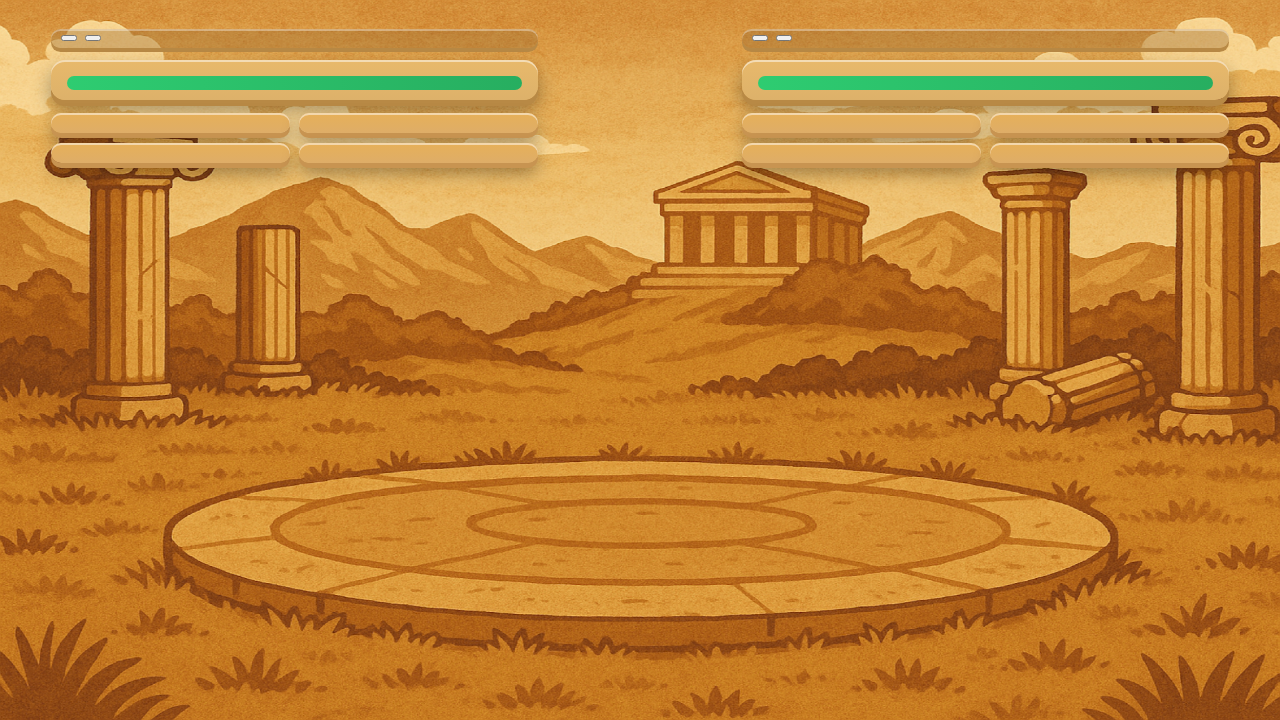
Repository: brianabariteau/Web-1-Final-Project-2025
Page: features/game/game.html
An editor plug-in stored every save of this project. The page is shown before and after the next save, followed by the edit.
The browser window is 1280 px wide. The pictures show the whole page.
Some web fonts or font styles are not loaded; a fallback is used.

Above is the page before, as saved 2025-12-23 18:20:26.

### features/game/game.html
<!DOCTYPE html>
<html lang="en">
  <head>
    <meta charset="UTF-8" />
    <meta name="viewport" content="width=device-width, initial-scale=1.0" />
    <title>MythoBattle Game</title>
    <link
      rel="icon"
      type="image/x-icon"
      href="../../assets/characters/zeus.png"
    />
    <script type="module" defer src="./game.js"></script>
    <link rel="stylesheet" href="./game.css" />
    <script
      src="https://code.jquery.com/jquery-3.7.1.min.js"
      integrity="sha256-/JqT3SQfawRcv/BIHPThkBvs0OEvtFFmqPF/lYI/Cxo="
      crossorigin="anonymous"
    ></script>
    <link
      href="https://fonts.googleapis.com/css2?family=Jersey+25&display=swap"
      rel="stylesheet"
    />
  </head>
  <body></body>
</html>

### features/game/game.js
"use strict";

import { CHARACTER_MOVES } from "../../constants/character-movesets.js";
let mode = localStorage.getItem("mode");
let player1Character = JSON.parse(localStorage.getItem("player1Character"));
let player2Character = JSON.parse(localStorage.getItem("player2Character"));

// * Functions
function renderCharacterHealth(character) {
  return `
    <div class="character">
      <div class="inner-character">
        <h1>${character.name}</h1> NAME
        <h2>${character.hp}</h2> HEALTH
      </div>
    </div>
  `;
}

function renderCharacterAbilities(character) {
  return `
    <div class="character">
      <div class="inner-character">
        <p>${CHARACTER_MOVES[character.name].ability1name}</p> ABILITY 1
        <p>${CHARACTER_MOVES[character.name].ability2name}</p> ABILITY 2
      </div>
    </div>
  `;
}

function updateGameDisplay() {
  if (!Array.isArray(characters) || characters.length === 0) return;

  // ? Player 1
  player1Name.text(player1Name.name);
  player1Move1.text(CHARACTER_MOVES[player1Name].move1name);
  player1Move2.text(CHARACTER_MOVES[player1Name].move2name);
  player1Move3.text(CHARACTER_MOVES[player1Name].move3name);
  player1Move4.text(CHARACTER_MOVES[player1Name].move4name);
  player1ability1.text(CHARACTER_MOVES[player1Name].ability1name);
  player1ability2.text(CHARACTER_MOVES[player1Name].ability2name);

  // ? Player 2
  player2Name.text(player2Name.name);
  player2Move1.text(CHARACTER_MOVES[player2Name].move1name);
  player2Move2.text(CHARACTER_MOVES[player2Name].move2name);
  player2Move3.text(CHARACTER_MOVES[player2Name].move3name);
  player2Move4.text(CHARACTER_MOVES[player2Name].move4name);
  player2ability1.text(CHARACTER_MOVES[player2Name].ability1name);
  player2ability2.text(CHARACTER_MOVES[player2Name].ability2name);
}

async function loadCharacters() {
  characters.push(player1Character, player2Character);
  updateGameDisplay();
}

// * The Background Image
const background = $("<img>")
  .addClass("background")
  .attr("src", "./assets/battle-background.png")
  .attr("alt", "Background");

// * Player 1
// ? Character Icon
const player1Icon = $("<img>").addClass("player1-icon");

// ! Battle Buttons + Progress
const player1battle = $("<div>").addClass("player1-battle");

// ? Name + Healthbar
const player1Name = $("<div>").addClass("player1-name");
const player1Health = $("<div>").addClass("player1-health");

$(player1Name).append(player1Health);

// ? Movesets
const player1Moves = $("<div>").addClass("player1-moves");
const player1Move1 = $("<button>").addClass("moves");
const player1Move2 = $("<button>").addClass("moves");
const player1Move3 = $("<button>").addClass("moves");
const player1Move4 = $("<button>").addClass("moves");

$(player1Moves).append(player1Move1, player1Move2, player1Move3, player1Move4);

// ? Abilities
const player1Abilities = $("<div>").addClass("player1-abilities");
const player1ability1 = $("<button>").addClass("player1-ability1");
const player1ability2 = $("<button>").addClass("player1-ability2");
$(player1Abilities).append(player1ability1, player1ability2);

$(player1battle).append(player1Abilities, player1Name, player1Moves);

// * Player 2
// ? Character Icon
const player2Icon = $("<img>").addClass("player-2-icon");

// ! Battle Buttons + Progress
const player2battle = $("<div>").addClass("player2-battle");

// ? Name + Healthbar
const player2Name = $("<div>").addClass("player2-name");
const player2Health = $("<div>").addClass("player2-health");

$(player2Name).append(player2Health);

// ? Movesets
const player2Moves = $("<div>").addClass("player1-moves");
const player2Move1 = $("<button>").addClass("moves");
const player2Move2 = $("<button>").addClass("moves");
const player2Move3 = $("<button>").addClass("moves");
const player2Move4 = $("<button>").addClass("moves");

$(player2Moves).append(player2Move1, player2Move2, player2Move3, player2Move4);

// ? Abilities
const player2Abilities = $("<div>").addClass("player2-abilities");
const player2ability1 = $("<button>").addClass("player2-ability1");
const player2ability2 = $("<button>").addClass("player2-ability2");
$(player2Abilities).append(player2ability1, player2ability2);

$(player2battle).append(player2Abilities, player2Name, player2Moves);

$("body").append(
  background,
  player1Icon,
  player2Icon,
  player1battle,
  player2battle
);

### features/game/game.css
/* ───────────── BASE ───────────── */

body {
  margin: 0;
  width: 100vw;
  height: 100vh;
  overflow: hidden;

  font-family: "Jersey 25", sans-serif;

  display: grid;
  grid-template-columns: 1fr 1fr;
  grid-template-rows: auto 1fr auto;
  align-items: center;
  justify-items: center;
}

/* ───────────── BACKGROUND ───────────── */

.background {
  position: fixed;
  inset: 0;
  width: 100%;
  height: 100%;
  z-index: -1;
}

/* ───────────── PLAYER SPRITES ───────────── */

.player1-icon,
.player-2-icon {
  position: absolute;
  bottom: 18%;
  width: 120px;
  image-rendering: pixelated;
}

.player1-icon {
  left: 20%;
}

.player-2-icon {
  right: 20%;
}

/* ───────────── BATTLE PANELS ───────────── */

.player1-battle,
.player2-battle {
  position: absolute;
  top: 4%;
  width: 38%;
  display: flex;
  flex-direction: column;
  gap: 0.8rem;
}

.player1-battle {
  left: 4%;
}

.player2-battle {
  right: 4%;
}

/* ───────────── NAME + HEALTH ───────────── */

.player1-name,
.player2-name {
  background: linear-gradient(to bottom, #e8b96b, #ddb16a);
  border-radius: 14px;
  padding: 10px 16px;

  box-shadow: inset 0 2px 0 rgba(255, 255, 255, 0.5), 0 6px 0 #b88945,
    0 10px 20px rgba(0, 0, 0, 0.35);

  color: #6b3f18;
  text-shadow: 1px 1px #f3d8a8;

  font-size: 1.6rem;
  letter-spacing: 2px;
}

/* Health bar container */
.player1-health,
.player2-health {
  margin-top: 6px;
  height: 14px;
  border-radius: 10px;
  background: #4b2d12;
  overflow: hidden;
}

/* Actual HP fill */
.player1-health::after,
.player2-health::after {
  content: "";
  display: block;
  height: 100%;
  width: 100%; /* change dynamically in JS later */
  background: linear-gradient(to right, #2ecc71, #27ae60);
}

/* ───────────── MOVES GRID ───────────── */

.player1-moves,
.player2-moves {
  display: grid;
  grid-template-columns: 1fr 1fr;
  gap: 0.6rem;
}

/* Ability buttons */
.moves {
  background: linear-gradient(to bottom, #e7b058, #dead68);
  border: none;
  border-radius: 14px;

  padding: 10px 14px;
  font-size: 1.2rem;
  letter-spacing: 1px;
  color: #6b3f18;
  text-shadow: 1px 1px #f3d8a8;

  cursor: pointer;

  box-shadow: inset 0 2px 0 rgba(255, 255, 255, 0.5), 0 5px 0 #c89451,
    0 10px 18px rgba(0, 0, 0, 0.35);

  transition: transform 0.12s ease, box-shadow 0.12s ease;
}

.moves:hover {
  filter: brightness(1.05);
  box-shadow: inset 0 2px 0 rgba(255, 255, 255, 0.6), 0 5px 0 #c89451,
    0 0 12px rgba(255, 210, 130, 0.7);
}

.moves:active {
  transform: translateY(4px);
  box-shadow: inset 0 2px 0 rgba(255, 255, 255, 0.4), 0 2px 0 #c89451;
}

/* ───────────── ABILITIES CONTAINER ───────────── */

.player1-abilities,
.player2-abilities {
  display: flex;
  flex-wrap: wrap;
  gap: 0.5rem;

  padding: 0.4rem 0.6rem;

  background: rgba(150, 100, 45, 0.35);
  border-radius: 14px;

  box-shadow: inset 0 2px 0 rgba(255, 255, 255, 0.35), 0 4px 0 #b88945;

  max-width: 100%;
}

/* ───────────── ABILITY TAGS ───────────── */

.player1-abilities span,
.player2-abilities span {
  background: linear-gradient(to bottom, #f1c77d, #e2b56a);
  border-radius: 10px;

  padding: 4px 10px;

  font-size: 0.95rem;
  letter-spacing: 1px;

  color: #6b3f18;
  text-shadow: 1px 1px #f3d8a8;

  box-shadow: inset 0 1px 0 rgba(255, 255, 255, 0.5), 0 2px 0 #c89451;

  white-space: nowrap;
}

/* ───────────── MOBILE ADJUSTMENTS ───────────── */

@media (max-width: 900px) {
  .player1-battle,
  .player2-battle {
    width: 90%;
    left: 5%;
    right: 5%;
  }

  .player1-icon,
  .player-2-icon {
    width: 90px;
    bottom: 10%;
  }

  .player1-icon {
    left: 10%;
  }

  .player-2-icon {
    right: 10%;
  }
}

### constants/character-movesets.js
import { CUSTOM_STATS } from "./characters.js";

export const CHARACTER_MOVES = {
  Zeus: {
    move1name: "Thunderbolt Wrath",
    move2name: "Skybreaker Slam",
    move3name: "Stormcaller Command",
    move4name: "God of Thunder",
    move1effects() {},
    move2effects() {},
    move3effects() {},
    move4effects() {},
    ability1name: "Sky/Lightning",
    ability2name: "King's Wrath",
    ability1effect() {},
    ability2effect() {},
  },
};

### constants/characters.js
export const SPECIFIC_CHARACTERS = [
  "Zeus",
  "Athena",
  "Hestia",
  "Apollo",
  "Artemis",
  "Poseidon",
  "Hades",
  "Demeter",
  "Aphrodite",
  "Hera",
  "Dionysus",
  "Ares",
  "Hephaestus",
  "Persephone",
  "Hermes",
  "Nyx",
  "Hypnos",
  "Thanatos",
  "Morpheus",
  "Asclepius",
];

export const CUSTOM_SPRITES = {
  Zeus: "../../assets/characters/zeus.png",
  Athena: "../../assets/characters/athena.png",
  Hestia: "../../assets/characters/hestia.png",
  Apollo: "../../assets/characters/apollo.png",
  Artemis: "../../assets/characters/artemis.png",
  Poseidon: "../../assets/characters/poseidon.png",
  Hades: "../../assets/characters/hades.png",
  Demeter: "../../assets/characters/demeter.png",
  Aphrodite: "../../assets/characters/aphrodite.png",
  Hera: "../../assets/characters/hera.png",
  Dionysus: "../../assets/characters/dionysus.png",
  Ares: "../../assets/characters/ares.png",
  Hephaestus: "../../assets/characters/hephaestus.png",
  Persephone: "../../assets/characters/persephone.png",
  Hermes: "../../assets/characters/hermes.png",
  Nyx: "../../assets/characters/nyx.png",
  Hypnos: "../../assets/characters/hypnos.png",
  Thanatos: "../../assets/characters/thanatos.png",
  Morpheus: "../../assets/characters/morpheus.png",
  Asclepius: "../../assets/characters/asclepius.png",
};

export const CUSTOM_STATS = {
  Zeus: {
    tier: "Tier 1",
    tierName: "The Big Three",
    hp: 150,
    attack: 110,
    defense: 95,
    speed: 120,
    power: 150,
    resilience: 100,
    stamina: 110,
    domainMastery: "Sky/Lightning",
    masteryDesc: "+25% electric damage",
    specialTrait: "King's Wrath",
    traitDesc: "10% chance to smite enemy for bonus true damage",
  },
  Athena: {
    tier: "Tier 3",
    tierName: "Middle Olympians",
    hp: 140,
    attack: 100,
    defense: 120,
    speed: 105,
    power: 115,
    resilience: 130,
    stamina: 110,
    domainMastery: "Wisdom/Strategy",
    masteryDesc: "Team defense +10%",
    specialTrait: "Perfect Counter",
    traitDesc: "30% chance to auto-block melee attacks",
  },
  Hestia: {
    tier: "Tier 2",
    tierName: "Elder Olympians",
    hp: 140,
    attack: 80,
    defense: 120,
    speed: 85,
    power: 110,
    resilience: 130,
    stamina: 150,
    domainMastery: "Hearth Fire",
    masteryDesc: "Healing + burn damage boosts",
    specialTrait: "Warmth of Home",
    traitDesc: "Grants minor healing each turn to allies",
  },
  Apollo: {
    tier: "Tier 3",
    tierName: "Middle Olympians",
    hp: 130,
    attack: 95,
    defense: 80,
    speed: 125,
    power: 140,
    resilience: 90,
    stamina: 110,
    domainMastery: "Light/Music",
    masteryDesc: "+20% light damage",
    specialTrait: "Prophetic Strike",
    traitDesc: "First attack always crits",
  },
  Artemis: {
    tier: "Tier 3",
    tierName: "Middle Olympians",
    hp: 120,
    attack: 110,
    defense: 85,
    speed: 135,
    power: 105,
    resilience: 95,
    stamina: 115,
    domainMastery: "Moon/Hunt",
    masteryDesc: "+25% crit chance on moving targets",
    specialTrait: "Hunter's Mark",
    traitDesc: "First hit on any enemy does bonus damage",
  },
  Poseidon: {
    tier: "Tier 1",
    tierName: "The Big Three",
    hp: 160,
    attack: 115,
    defense: 110,
    speed: 100,
    power: 140,
    resilience: 120,
    stamina: 115,
    domainMastery: "Sea",
    masteryDesc: "+20% water damage, +30% damage when fighting near water",
    specialTrait: "Tidal Fury",
    traitDesc: "Consecutive attacks increase in damage",
  },
  Hades: {
    tier: "Tier 1",
    tierName: "The Big Three",
    hp: 170,
    attack: 95,
    defense: 140,
    speed: 80,
    power: 130,
    resilience: 150,
    stamina: 90,
    domainMastery: "Underworld",
    masteryDesc: "+30% damage vs undead/fear/sleep",
    specialTrait: "Soul Drain",
    traitDesc: "Steals HP on hit (5% of damage dealt)",
  },
  Demeter: {
    tier: "Tier 2",
    tierName: "Elder Olympians",
    hp: 145,
    attack: 85,
    defense: 115,
    speed: 80,
    power: 125,
    resilience: 110,
    stamina: 130,
    domainMastery: "Harvest",
    masteryDesc: "+20% regeneration, +25% poison resistance",
    specialTrait: "Fallow Curse",
    traitDesc: "Can reduce enemy Attack temporarily",
  },
  Aphrodite: {
    tier: "Tier 4",
    tierName: "Younger Olympians",
    hp: 120,
    attack: 70,
    defense: 80,
    speed: 110,
    power: 115,
    resilience: 85,
    stamina: 100,
    domainMastery: "Charm",
    masteryDesc: "25% chance enemies skip turn",
    specialTrait: "Irresistible Aura",
    traitDesc: "First strike against her does half damage",
  },
  Hera: {
    tier: "Tier 2",
    tierName: "Elder Olympians",
    hp: 150,
    attack: 90,
    defense: 120,
    speed: 90,
    power: 125,
    resilience: 120,
    stamina: 120,
    domainMastery: "Queenship",
    masteryDesc: "Team buffs stronger by 20%",
    specialTrait: "Divine Authority",
    traitDesc: "Immune to charm and can reflect debuffs",
  },
  Dionysus: {
    tier: "Tier 4",
    tierName: "Younger Olympians",
    hp: 130,
    attack: 85,
    defense: 85,
    speed: 95,
    power: 120,
    resilience: 90,
    stamina: 130,
    domainMastery: "Madness",
    masteryDesc: "Debuffs 20% stronger",
    specialTrait: "Ecstatic Frenzy",
    traitDesc: "Random buffs each turn",
  },
  Ares: {
    tier: "Tier 3",
    tierName: "Middle Olympians",
    hp: 150,
    attack: 145,
    defense: 100,
    speed: 110,
    power: 95,
    resilience: 100,
    stamina: 120,
    domainMastery: "War",
    masteryDesc: "+15% damage per hit taken",
    specialTrait: "Bloodlust",
    traitDesc: "Attack increases each time he deals damage",
  },
  Hephaestus: {
    tier: "Tier 4",
    tierName: "Younger Olympians",
    hp: 140,
    attack: 130,
    defense: 135,
    speed: 65,
    power: 115,
    resilience: 110,
    stamina: 100,
    domainMastery: "Forge",
    masteryDesc: "+20% damage with crafted weapons",
    specialTrait: "Molten Skin",
    traitDesc: "Reduces fire damage to 0",
  },
  Persephone: {
    tier: "Tier 5",
    tierName: "Minor Gods",
    hp: 125,
    attack: 75,
    defense: 90,
    speed: 95,
    power: 110,
    resilience: 100,
    stamina: 120,
    domainMastery: "Spring/Underworld",
    masteryDesc: "Alternating form bonuses",
    specialTrait: "Dual Aspect",
    traitDesc: "Stats change each season (Spring boost/Underworld boost)",
  },
  Hermes: {
    tier: "Tier 4",
    tierName: "Younger Olympians",
    hp: 115,
    attack: 90,
    defense: 75,
    speed: 160,
    power: 100,
    resilience: 80,
    stamina: 140,
    domainMastery: "Speed/Trickery",
    masteryDesc: "+20% dodge",
    specialTrait: "Swift Step",
    traitDesc: "Gains an extra small action each turn",
  },
  Nyx: {
    tier: "Tier 0",
    tierName: "Primordial",
    hp: 170,
    attack: 100,
    defense: 120,
    speed: 110,
    power: 160,
    resilience: 140,
    stamina: 120,
    domainMastery: "Night/Void",
    masteryDesc: "+30% shadow damage, +20% evasion in darkness",
    specialTrait: "Primordial Aura",
    traitDesc: "Debuffs have double duration; immune to Sleep and Fear",
  },
  Hypnos: {
    tier: "Tier 5",
    tierName: "Minor Gods",
    hp: 110,
    attack: 60,
    defense: 75,
    speed: 70,
    power: 120,
    resilience: 95,
    stamina: 130,
    domainMastery: "Sleep",
    masteryDesc: "+30% chance to inflict sleep",
    specialTrait: "Dream Veil",
    traitDesc: "20% damage reduction from melee",
  },
  Thanatos: {
    tier: "Tier 5",
    tierName: "Minor Gods",
    hp: 115,
    attack: 90,
    defense: 85,
    speed: 120,
    power: 100,
    resilience: 110,
    stamina: 100,
    domainMastery: "Death",
    masteryDesc: "Kills low-HP enemies instantly",
    specialTrait: "Reaper's Touch",
    traitDesc: "Critical hits do double true damage",
  },
  Morpheus: {
    tier: "Tier 5",
    tierName: "Minor Gods",
    hp: 105,
    attack: 70,
    defense: 80,
    speed: 100,
    power: 125,
    resilience: 85,
    stamina: 110,
    domainMastery: "Dreams",
    masteryDesc: "Illusions reduce enemy accuracy",
    specialTrait: "Shifting Form",
    traitDesc: "15% chance to avoid attacks entirely",
  },
  Asclepius: {
    tier: "Tier 5",
    tierName: "Minor Gods",
    hp: 120,
    attack: 50,
    defense: 85,
    speed: 90,
    power: 135,
    resilience: 110,
    stamina: 150,
    domainMastery: "Healing",
    masteryDesc: "+30% healing power",
    specialTrait: "Miracle Touch",
    traitDesc: "Once per battle revive ally to 30% HP",
  },
};

After the next save:
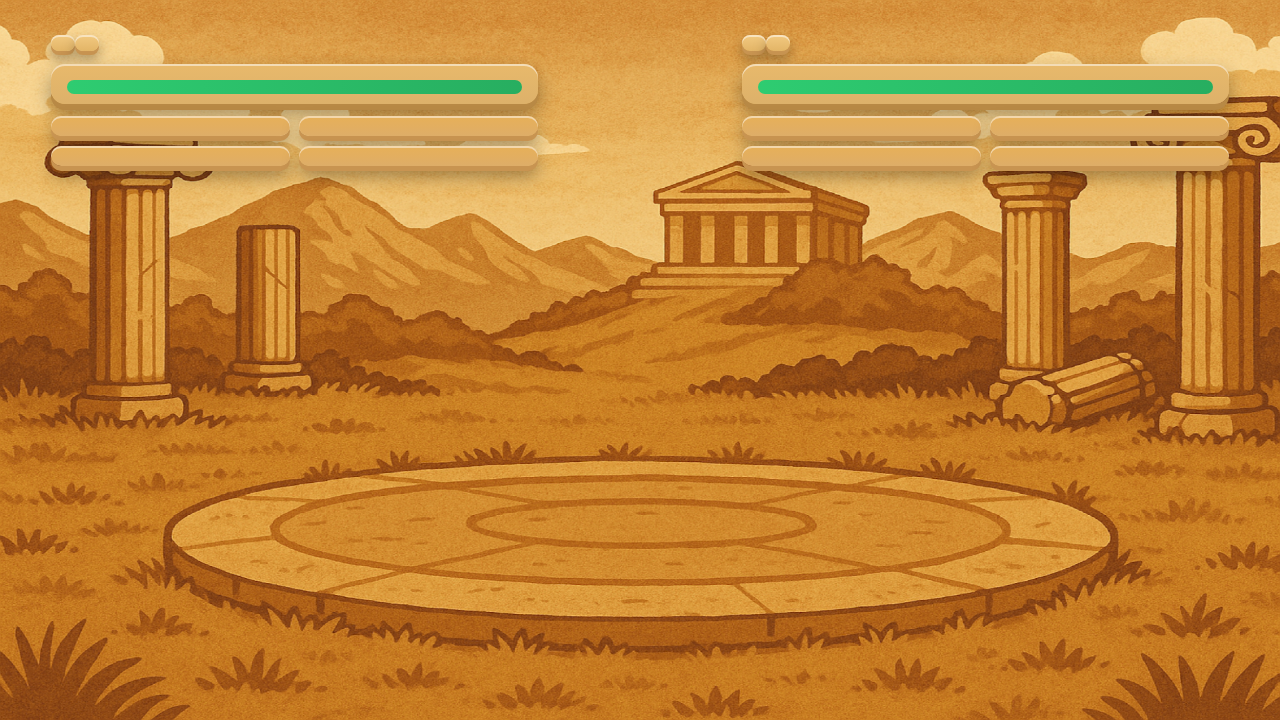
Saved 4 min 53 s later.
--- a/features/game/game.css
+++ b/features/game/game.css
@@ -141,42 +141,44 @@ body {
   box-shadow: inset 0 2px 0 rgba(255, 255, 255, 0.4), 0 2px 0 #c89451;
 }
 
-/* ───────────── ABILITIES CONTAINER ───────────── */
-
-.player1-abilities,
-.player2-abilities {
-  display: flex;
-  flex-wrap: wrap;
-  gap: 0.5rem;
-
-  padding: 0.4rem 0.6rem;
-
-  background: rgba(150, 100, 45, 0.35);
+/* ───────────── ABILITY BUTTONS ───────────── */
+
+.player1-abilities button,
+.player2-abilities button {
+  flex: 1;
+
+  background: linear-gradient(to bottom, #f2c980, #e3b567);
+  border: none;
   border-radius: 14px;
 
-  box-shadow: inset 0 2px 0 rgba(255, 255, 255, 0.35), 0 4px 0 #b88945;
-
-  max-width: 100%;
-}
-
-/* ───────────── ABILITY TAGS ───────────── */
-
-.player1-abilities span,
-.player2-abilities span {
-  background: linear-gradient(to bottom, #f1c77d, #e2b56a);
-  border-radius: 10px;
-
-  padding: 4px 10px;
-
-  font-size: 0.95rem;
+  padding: 8px 12px;
+
+  font-family: "Jersey 25", sans-serif;
+  font-size: 1.05rem;
   letter-spacing: 1px;
 
   color: #6b3f18;
   text-shadow: 1px 1px #f3d8a8;
 
-  box-shadow: inset 0 1px 0 rgba(255, 255, 255, 0.5), 0 2px 0 #c89451;
-
+  cursor: default; /* abilities usually passive */
   white-space: nowrap;
+
+  box-shadow: inset 0 2px 0 rgba(255, 255, 255, 0.5), 0 4px 0 #c89451,
+    0 8px 14px rgba(0, 0, 0, 0.35);
+
+  transition: filter 0.15s ease, transform 0.15s ease;
+}
+
+/* Optional: subtle emphasis */
+.player1-abilities button:hover,
+.player2-abilities button:hover {
+  filter: brightness(1.05);
+}
+
+/* Optional: disabled/passive look */
+.player1-abilities button:disabled,
+.player2-abilities button:disabled {
+  opacity: 0.85;
 }
 
 /* ───────────── MOBILE ADJUSTMENTS ───────────── */
